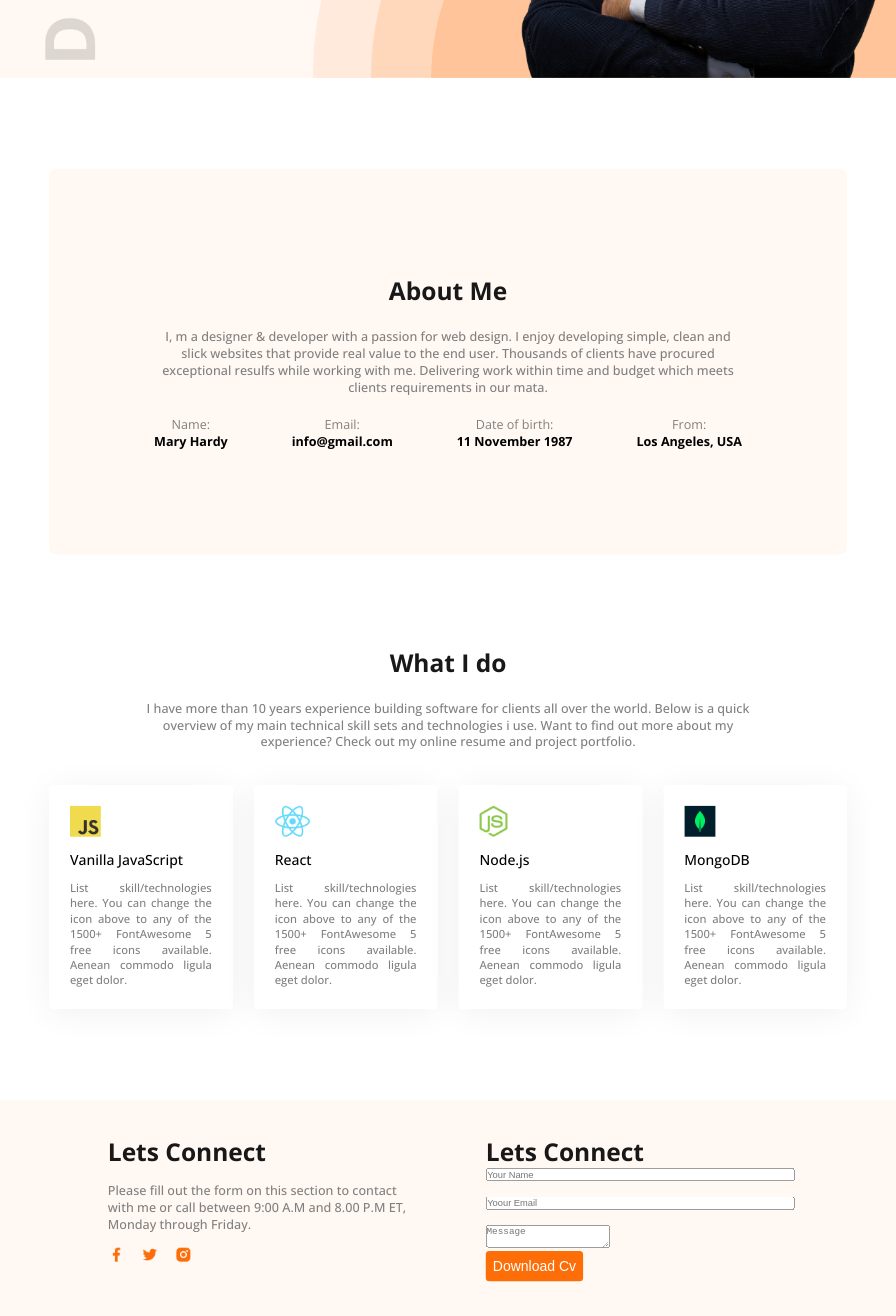
Repository: nahid-hasann/website-1
Page: index.html
An editor plug-in stored every save of this project. The page is shown before and after a run of saves, followed by the edit.
The browser window is 1280 px wide. The pictures show the part of the page from y = 706 to 2626 px (the page is 2586 px tall before and 2626 px after), at 70% of full size.

Above is the page before, as saved 2025-07-08 14:10:23.

### index.html
<!DOCTYPE html>
<html lang="en">
<head>
    <meta charset="UTF-8">
    <meta name="viewport" content="width=device-width, initial-scale=1.0">
    <title>Document</title>
    <link rel="preconnect" href="https://fonts.googleapis.com">
<link rel="preconnect" href="https://fonts.gstatic.com" crossorigin>
<link href="https://fonts.googleapis.com/css2?family=Open+Sans:ital,wght@0,300..800;1,300..800&display=swap" rel="stylesheet">
<link rel="stylesheet" href="style.css">
<link rel="stylesheet" href="https://cdnjs.cloudflare.com/ajax/libs/font-awesome/6.7.2/css/all.min.css" integrity="sha512-Evv84Mr4kqVGRNSgIGL/F/aIDqQb7xQ2vcrdIwxfjThSH8CSR7PBEakCr51Ck+w+/U6swU2Im1vVX0SVk9ABhg==" crossorigin="anonymous" referrerpolicy="no-referrer" />
</head>
<body class="open-sans-nahid">

<header class="main-header">
    <nav class="header">
          <div>
            <h3 class="nav-title">Ma<span style="color: #fd6e09;">r</span>y</h3>
          </div>
          <div class="menu">
            <ul>
            <li><a href="" class="dark-2" >Portfolio</a></li>
            <li><a  class="dark-2" href="">Blog</a></li>
            <li><button class="hire-me">Hire Me</button></li>
          </ul>
          </div>
    </nav>

    <div class="banner">

      <div class="banner-container">
        <h4 style="font-size: 45px; font-weight: 400;" class="dark-2">Hi, I  am</h4>
        <h1 style="font-size: 85px;">Mary Hardy</h1>
        <br>
        <p class="banner-description dark-2">
          Shot what able cold new see hold.Friendly as an betrayed formerly he. Morning because as to society behaved moments.
        </p>
        <br>
        <br>
        <button class="hire-me" style="margin-right: 20px;"><i class="fa-solid fa-download" style="margin-right: 5px;"></i>Download Cv</button>
        <button class="btn-2"><i class="fa-solid fa-phone" style="margin-right: 5px;"></i>Contact</button>
      </div>
      <img class="banner-img" src="images/hardy.png" alt="">

    </div>

</header>

<main >

  <section class="section">
      <h3 class="section-title">About Me</h3>
      <p style="font-size: 18px; color: grey; margin-top: 30px;">I, m a designer & developer with a passion for web design. I enjoy developing simple, clean and slick websites that provide real value to the end user. Thousands of clients have procured exceptional resulfs while working with me. Delivering work within time and budget which meets clients requirements in our mata.</p>

      <div class="about-items">

    <div class="about-item">
      <p class="item-title">Name:</p>
      <p class="item-description">Mary Hardy</p>
    </div>
    <div class="about-item">
      <p class="item-title">Email:</p>
      <p class="item-description">info@gmail.com</p>
    </div>
    <div class="about-item">
      <p class="item-title">Date of birth:</p>
      <p class="item-description">11 November 1987</p>
    </div>
    <div class="about-item">
      <p class="item-title">From:</p>
      <p class="item-description">Los Angeles, USA</p>
    </div>

  </div>

  </section>

  <section class="skiill">
            <h3 class="section-title">What I do</h3>
            <p style="font-size: 18px; color: grey; margin-top: 30px; width: 909px; margin: 0px auto; margin-top: 30px;">I have more than 10 years experience building software for clients all over the world. Below is a quick overview of my main technical skill sets and technologies i use. Want to find out more about my experience? Check out my online resume and project portfolio.</p>

         <div class="skills-container">

          <div class="skkis-veriation">
            <img src="images/icons/js.png" alt="" class="skiils-img">
            <p class="skills-heading">Vanilla JavaScript</p>
            <p class="skiils-description"> List skill/technologies here. You can change the icon above to any of the 1500+ FontAwesome 5 free icons available. Aenean commodo ligula eget dolor.</p>
          </div>
          <div class="skkis-veriation">
            <img src="images/icons/react.png" alt="" class="skiils-img">
            <p class="skills-heading">React</p>
            <p class="skiils-description">List skill/technologies here. You can change the icon above to any of the 1500+ FontAwesome 5 free icons available. Aenean commodo ligula eget dolor.</p>
          </div>
          <div class="skkis-veriation">
            <img src="images/icons/nodejs.png" alt="" class="skiils-img">
            <p class="skills-heading">Node.js</p>
            <p class="skiils-description">List skill/technologies here. You can change the icon above to any of the 1500+ FontAwesome 5 free icons available. Aenean commodo ligula eget dolor.</p>
          </div>
          <div class="skkis-veriation">
            <img src="images/icons/mongo.png" alt="" class="skiils-img">
            <p class="skills-heading">MongoDB</p>
            <p class="skiils-description">List skill/technologies here. You can change the icon above to any of the 1500+ FontAwesome 5 free icons available. Aenean commodo ligula eget dolor.</p>
          </div>

         </div>

  </section>

</main>

<!-- .about-items*4>p.item-title+p.item-description  -->


<div class="main-footer">

     <div class="footer-column">
        <h3 class="section-title">Lets Connect</h3>
        <p style="font-size: 18px; color: grey; margin: 20px 0px;">Please fill out the form on this section to contact with me or call between 9:00 A.M and 8.00 P.M ET, Monday through Friday.</p>
        <img src="images/icons/facebook.png" alt="">
        <img style="margin: 0px 20px;" src="images/icons/twitter.png" alt="">
        <img src="images/icons/insta.png" alt="">
     </div>

     <div class="footer-column">

        <h3 class="section-title">Lets Connect</h3>
        <form class="form" action="">
            <input type="text" name="" placeholder="Your Name" id=""> <br>
            <input type="email" name="" placeholder="Yoour Email" id=""> <br>
            <textarea name="" placeholder="Message" id=""></textarea> <br>
            <button class="hire-me" >Download Cv</button>
        </form>

     </div>

</div>


</body>
</html>

### style.css
* {
  margin: 0;
  padding: 0;
  box-sizing: border-box;
}


.open-sans-nahid {
  font-family: "Open Sans", sans-serif;
  font-optical-sizing: auto;
  font-style: normal;
  font-variation-settings: "wdth" 100;
  font-weight: 500;
}

.main-header{
    background-image: url('images/developer.png'), url('images/header_bg.png') ;
    background-repeat: no-repeat;
    background-position: 60px  28px, bottom right ;
    background-color: #fff8f3;
}



.header{
    display: flex;
    justify-content: space-around;
    gap: 250px;
    align-items: center;
    /* background-color: red; */
    padding: 15px 0px;
}

.nav-title{
    font-weight: 800;
    font-size: 45px;
}

.menu ul{
    display: flex;
    gap: 30px;
    align-items: center;
}

.menu ul li{
    list-style: none;

}

.menu ul li a{
    text-decoration: none;
    font-size: 20px;
}

.hire-me{
    background-color: #fd6e09;
    padding: 10px;
    border-radius: 5px;
    color: white;
    border: none;
    font-size: 20px;
}

.btn-2{
    padding: 10px;
    border-radius: 5px;
    color: #fd6e09;
    border: 1px solid  #fd6e09;
    font-size: 20px;
    background-color: #fff8f3;
}

.dark-2{
    color: #474747;
}

.banner-container{
    width: 585px;
}

.banner-description{
    font-size: 18px;
}

.banner-img{
    width: 584px;
    height: 676px;
}

.banner{
    display: flex;
    align-items: center;
    justify-content: space-around;
    margin: 50px 0px 0px 170px;

}

.section{
    background-color: #fff8f3;
    padding: 150px;
    text-align: center;
    border-radius: 10px;
    margin: 130px 0px;
}

.section-title{
    font-size: 35px;
    font-weight: bold;
    color: #181818;
}

main{
    max-width: 1140px;
     margin: 0px auto;
}

.about-items{
    display: flex;
    justify-content: space-between;
}

.item-title{
    font-size: 18px;
    font-weight: 300;
    color: grey;
    margin-top: 30px;
}

.item-description{
    font-size: 18px ;
    font-weight: 700;
}

.skiill{
    text-align: center;
    margin-bottom: 130px;
}

.skills-container{
    display: flex;
    margin-top: 30px;
    gap: 30px;
    text-align: justify;
}

.skkis-veriation{
    background-color: #FFFFFF;
    box-shadow: 0px 6px 50px 0px rgba(0, 0, 0, 0.06);
padding: 30px;
border-radius: 5px;
margin-top: 20px;
}

.skills-heading{
    margin: 15px 0px;
    font-size: 20px ;
    font-weight: 700px;
}

.skiils-description{
     font-size: 16px;
     color: grey;
}

.resume{
    margin-bottom: 130px;
}

.resume-container{
    display: flex;
    gap: 40px;
    margin-top: 50px;
}

.resume h3{
    margin-bottom: 100px;
}

.resume-column h3{
    font-size: 30px ;
    font-weight: 700;
    margin-bottom: 20px;
}

.resume-column-title{
    font-size: 30px;
    font-weight: 700;
}

.experience{
    padding-right: 50px;
}

.experience-title{
        font-size: 25px;
    font-weight: 700;
    margin-bottom: 5px;
}

.experience-subtitle{
    font-size: 20px;
    font-weight: 600;

    color: rgba(117, 117, 117, 1);
}

.experince-description{
    margin-top: 20px;
    margin-bottom: 20px;
    font-size: 16px;
    color: rgba(117, 117, 117, 1);
}


.main-footer{
    margin-top: 130px;
    background-color: rgba(255, 248, 243, 1);
    padding: 50px 100px;
    display: flex;
    justify-content: space-around;
}

.footer-column{
    max-width: 40%;
}

.form input{
      display: block;
      width: 80%;
      pad: 10px 20px;
      width: 441px;
}

After the next 2 saves:
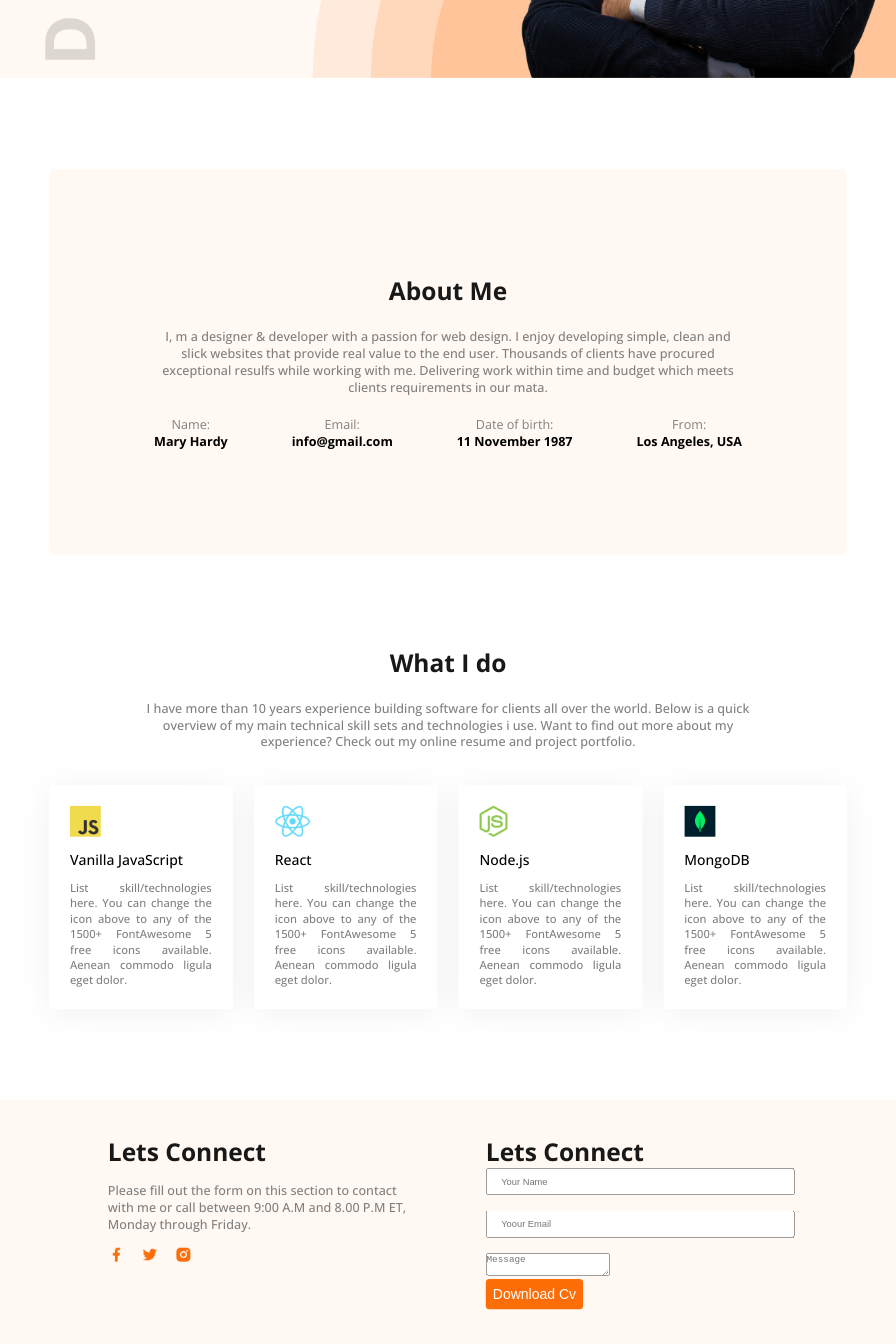
The 2 saves are shown as one change because they came seconds apart.
The last was saved 8 s later.
--- a/style.css
+++ b/style.css
@@ -226,7 +226,6 @@ margin-top: 20px;
 
 .form input{
       display: block;
-      width: 80%;
-      pad: 10px 20px;
+      padding: 10px 20px;
       width: 441px;
 }
